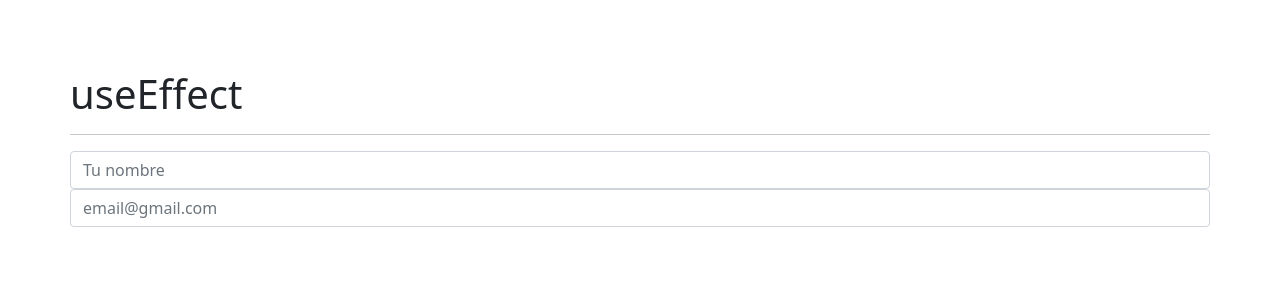
Repository: FlamesAlejandro/practicaReact
Page: /
An editor plug-in stored every save of this project. The page is shown before and after a run of saves, followed by the edit.
The browser window is 1280 px wide. The pictures show the whole page.
The project was rebuilt for these pictures with package versions that can differ from the ones it lists, and the page was loaded fresh each time. Also part of the build but not shown: src/components/useEffect/Message.js.

Above is the page before, as saved 2021-05-26 16:37:02.

After the next 5 saves:
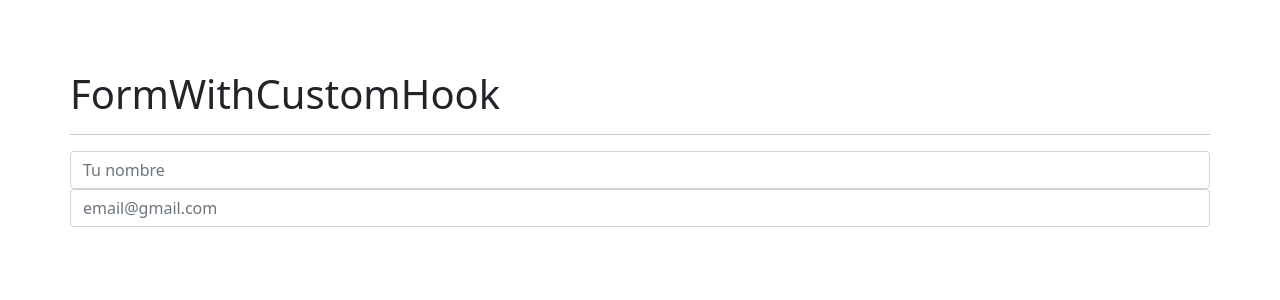
The 5 saves are shown as one change because they came seconds apart.
The last was saved 56 s later.
--- a/src/index.js
+++ b/src/index.js
@@ -1,13 +1,14 @@
 import React from 'react';
 import ReactDOM from 'react-dom';
-import { SimpleForm } from './components/useEffect/SimpleForm';
+import { FormWithCustomHook } from './components/useEffect/FormWithCustomHook';
+// import { SimpleForm } from './components/useEffect/SimpleForm';
 // import { CounterApp } from './components/01-useState/CounterApp';
 // import { CounterWithCustomHook } from './components/01-useState/CounterWithCustomHook';
 // import { HookApp } from './HookApp';
 
 ReactDOM.render(
 
-    <SimpleForm />,
+    <FormWithCustomHook />,
 
   document.getElementById('root')
 );
